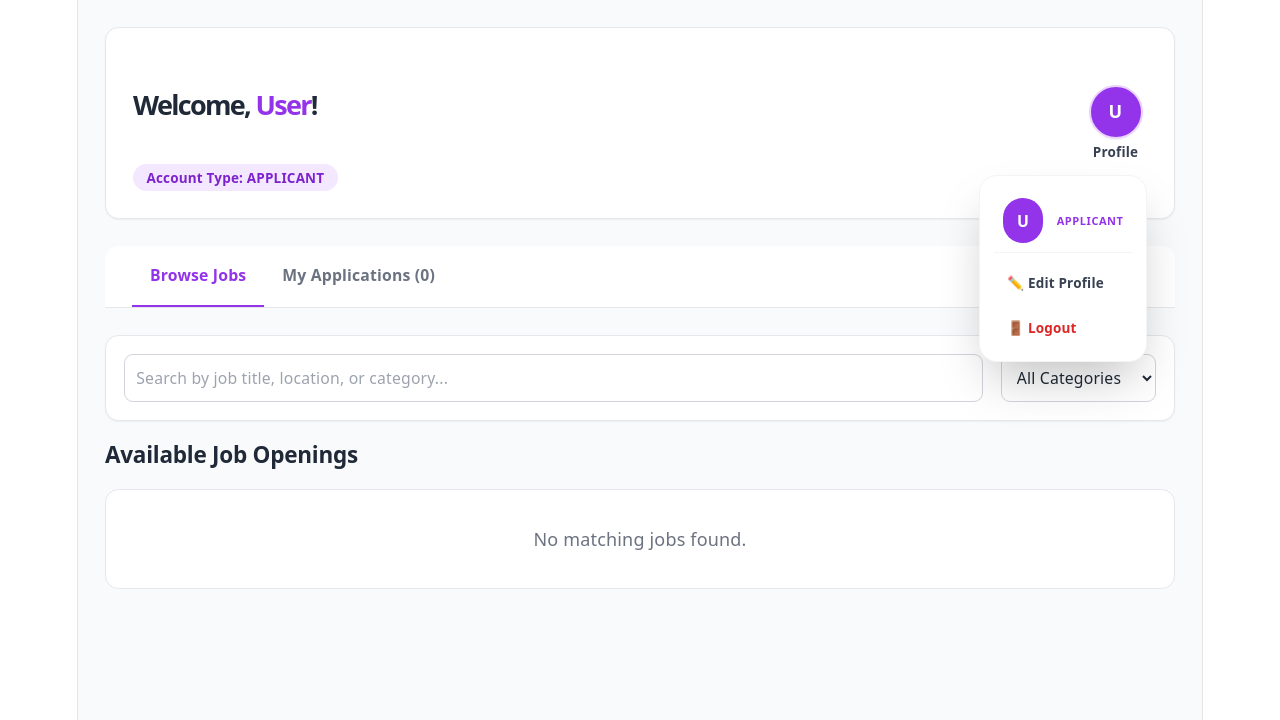
Repository: mdkawsarjomadder/job-portal
Page: /dashboard (app in job-portal/frontend/), after clicking the first element matching `button.flex`
The author's editor kept a copy of each file at every save. The page is drawn from the files as they stood at one save, then again after the next save.
The browser window is 1280 px wide. The pictures show the whole page.
The page's requests for data from a server got no answer. The project was rebuilt for these pictures with package versions that can differ from the ones it lists, and the page was loaded fresh each time. No one was signed in, and anything a server would have sent is missing. Also part of the build but not shown: job-portal/frontend/vite.config.js, job-portal/frontend/src/pages/Login.jsx, job-portal/frontend/src/pages/Register.jsx, job-portal/frontend/src/pages/EmployerDashboard.jsx, job-portal/frontend/src/pages/MyApplications.jsx, job-portal/frontend/src/pages/CreateJob.jsx, job-portal/frontend/src/pages/Home.jsx. Imported but missing from the stored project, and not drawn on this page: job-portal/frontend/src/pages/Profile.

Above is the page before, as saved 2026-09-18 21:25:04.

After the next save:
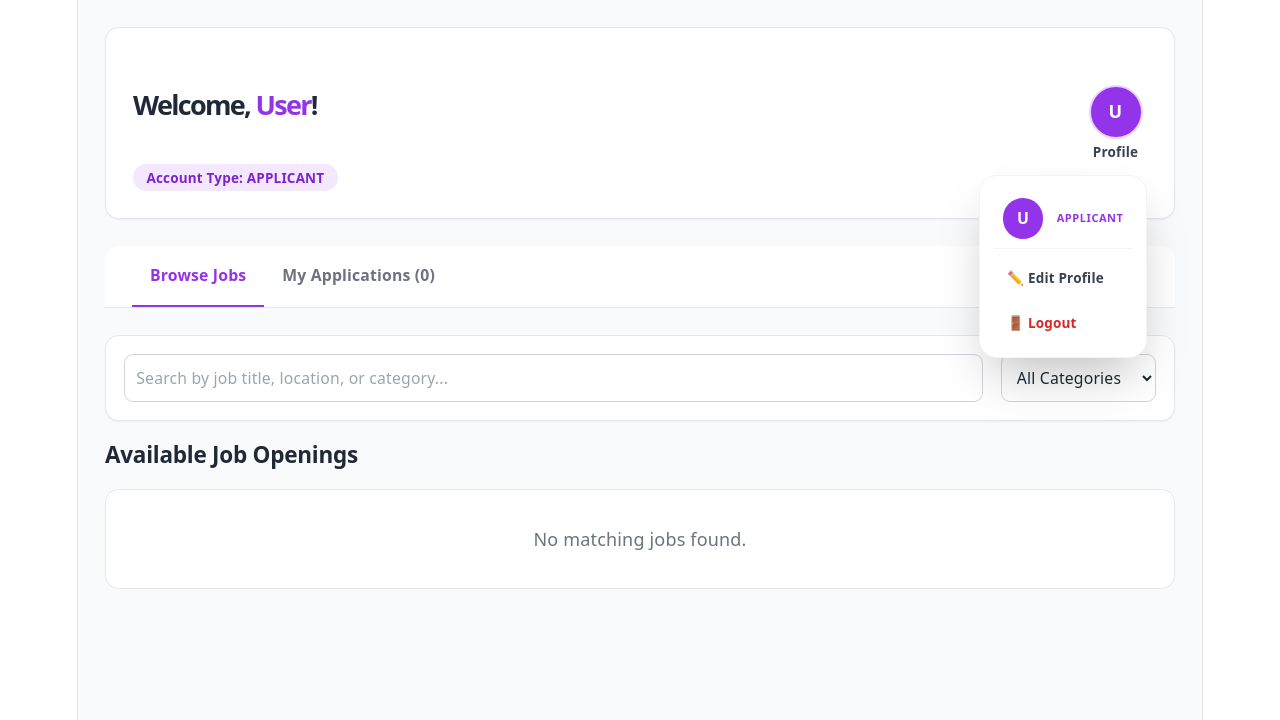
Saved 6 s later.
--- a/job-portal/frontend/src/pages/ApplicantDashboard.jsx
+++ b/job-portal/frontend/src/pages/ApplicantDashboard.jsx
@@ -231,7 +231,7 @@ export default function ApplicantDashboard() {
               <div className="absolute right-0 mt-2 w-50 bg-white rounded-2xl shadow-2xl border border-gray-100 p-3 z-50 transform origin-top-right transition-all">
                 {/* Header User Details */}
                 <div className="flex items-center gap-3 p-2 border-b border-gray-100 mb-2">
-                  <div className="w-9 h-10 rounded-full bg-purple-600 text-white font-bold text-sm flex items-center justify-center overflow-hidden shrink-0">
+                  <div className="w-9 h-9 rounded-full bg-purple-600 text-white font-bold text-sm flex items-center justify-center overflow-hidden shrink-0">
                     {user?.avatar ? (
                       <img
                         src={user.avatar}
